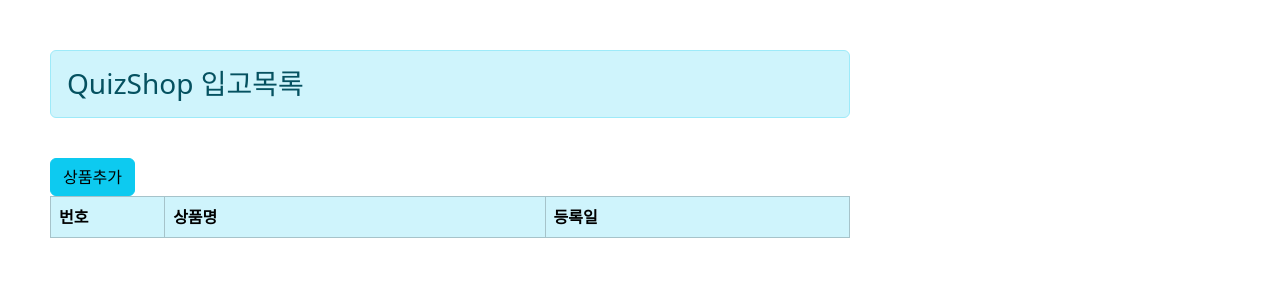
Repository: JunbroGit/SistProject
Page: http://localhost/jsaAjaxProject/quizshop/shopList.jsp
These files come from the project's save history. The page is drawn as it stood at one moment and after the next save; the edit follows.
The browser window is 1280 px wide. The pictures show the whole page.
Some web fonts or font styles are not loaded; a fallback is used. The page is served by Tomcat 9. Queries for data that is not in the repository find no rows.

Above is the page before, as saved 2024-03-12 07:36:47.

After the next save:
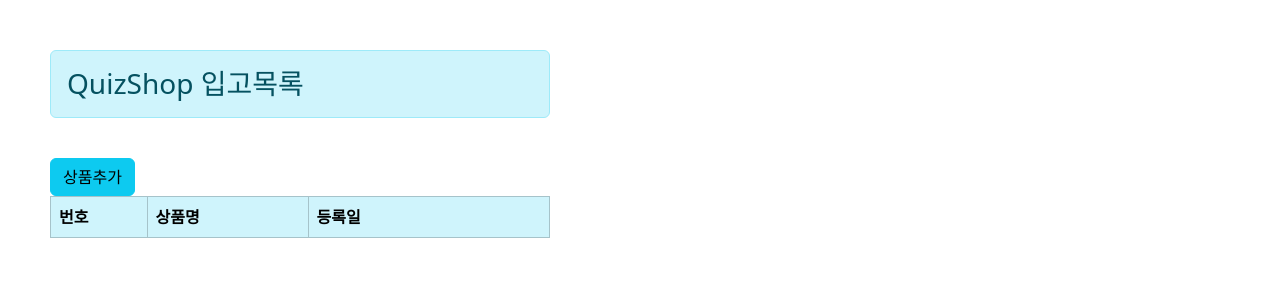
Saved 17 s later.
--- a/jspwork/jsaAjaxProject/src/main/webapp/quizshop/shopList.jsp
+++ b/jspwork/jsaAjaxProject/src/main/webapp/quizshop/shopList.jsp
@@ -19,7 +19,7 @@
 	SimpleDateFormat sdf=new SimpleDateFormat("yyyy-MM-dd hh:mm");
 %>
 <body>
-<div style="margin: 50px 50px; width: 800px;">
+<div style="margin: 50px 50px; width: 500px;">
 	<h3 class="alert alert-info">QuizShop 입고목록</h3>
 	<br>
 	<button type="button" class="btn btn-info" onclick="location.href='addForm.jsp'">상품추가</button>
@@ -27,8 +27,8 @@
 	<table class="table table-bordered">
 		<tr class="table-info">
 			<th width="60">번호</th>
-			<th width="200">상품명</th>
-			<th width="160">등록일</th>
+			<th width="100">상품명</th>
+			<th width="150">등록일</th>
 		</tr>
 
 		<%
